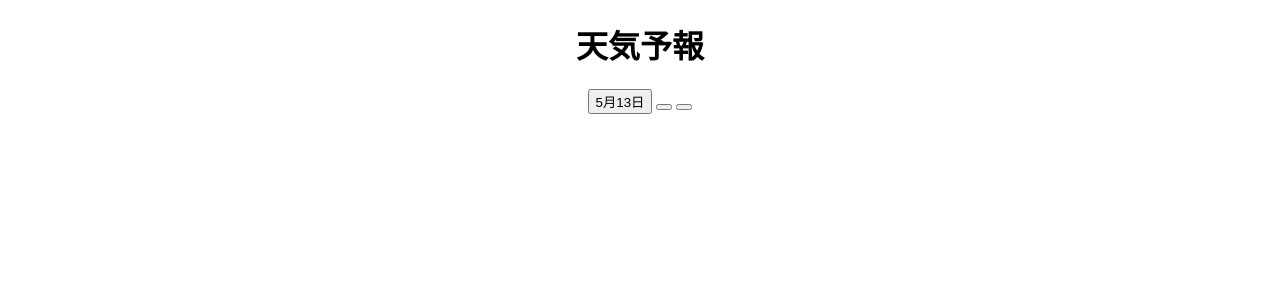
Repository: matsuryu0325/18_JS_practise
Page: 0513/weather3.html
An editor plug-in stored every save of this project. The page is shown before and after the next save, followed by the edit.
The browser window is 1280 px wide. The pictures show the whole page.

Above is the page before, as saved 2024-05-13 12:01:26.

After the next save:
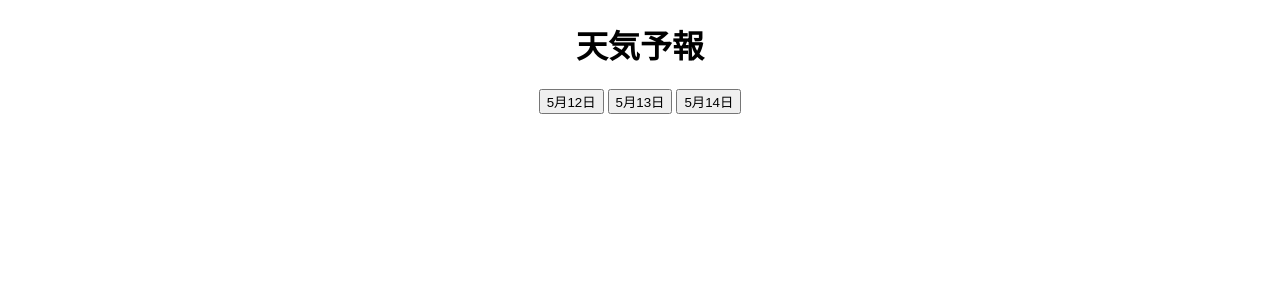
Saved 51 s later.
--- a/0513/weather3.html
+++ b/0513/weather3.html
@@ -24,9 +24,9 @@
 
 <body>
     <nav>
-        <button class="today">5月13日</button>
-        <button class="tomorrow"></button>
-        <button class="twodayslater"></button>
+        <button class="today">5月12日</button>
+        <button class="tomorrow">5月13日</button>
+        <button class="twodayslater">5月14日</button>
     </nav>
 
     <main>
